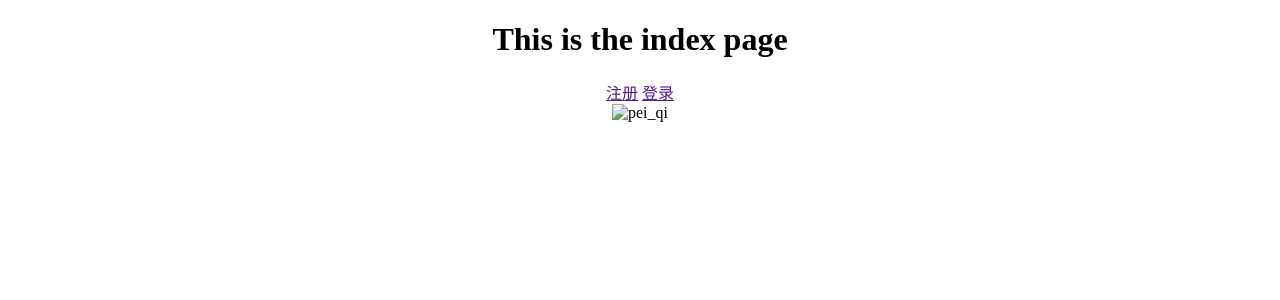
Repository: qizheng-jin/java_practice
Page: Socket_Practice/Webapps/html_files/index.html
These files come from the project's save history. The page is drawn as it stood at one moment and after the next save; the edit follows.
The browser window is 1280 px wide. The pictures show the whole page.

Above is the page before, as saved 2021-03-02 06:54:58.

### Socket_Practice/Webapps/html_files/index.html
<!DOCTYPE html>
<html>
	<head>
		<meta charset="utf-8">
		<title>index</title>
	</head>
	<body>
		<center>
			<h1>This is the index page</h1>
			<a href="">注册</a>
			<a href="">登录</a><br>
			<img src"../img/pei_qi.jpg" alt="pei_qi">
		</center>
	</body>
</html>

After the next save:
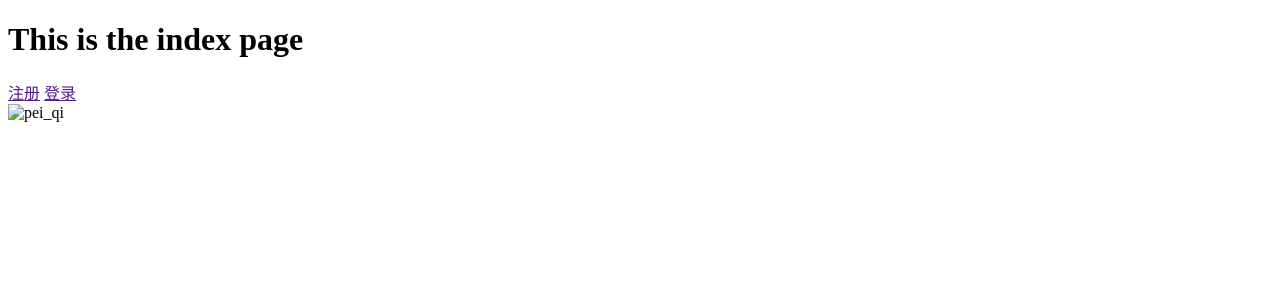
Saved 6 min 9 s later.
--- a/Socket_Practice/Webapps/html_files/index.html
+++ b/Socket_Practice/Webapps/html_files/index.html
@@ -5,11 +5,11 @@
 		<title>index</title>
 	</head>
 	<body>
-		<center>
+
 			<h1>This is the index page</h1>
 			<a href="">注册</a>
 			<a href="">登录</a><br>
 			<img src"../img/pei_qi.jpg" alt="pei_qi">
-		</center>
+
 	</body>
 </html>
